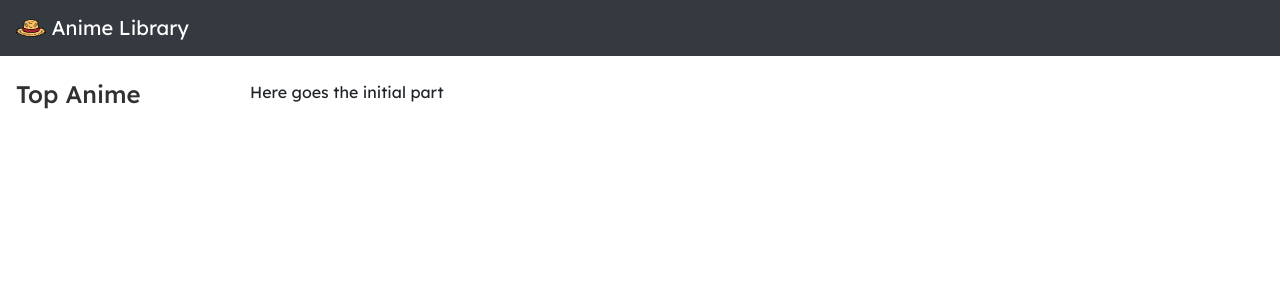
Repository: cuitlazotlac/anime-library
Page: /
The author's editor kept a copy of each file at every save. The page is drawn from the files as they stood at one save, then again after the next save.
The browser window is 1280 px wide. The pictures show the whole page.
The page's requests for data from a server got no answer. The project was rebuilt for these pictures with package versions that can differ from the ones it lists, and the page was loaded fresh each time. No one was signed in, and anything a server would have sent is missing. Also part of the build but not shown: src/components/AnimeCard.js.

Above is the page before, as saved 2021-05-05 00:13:18.

After the next save:
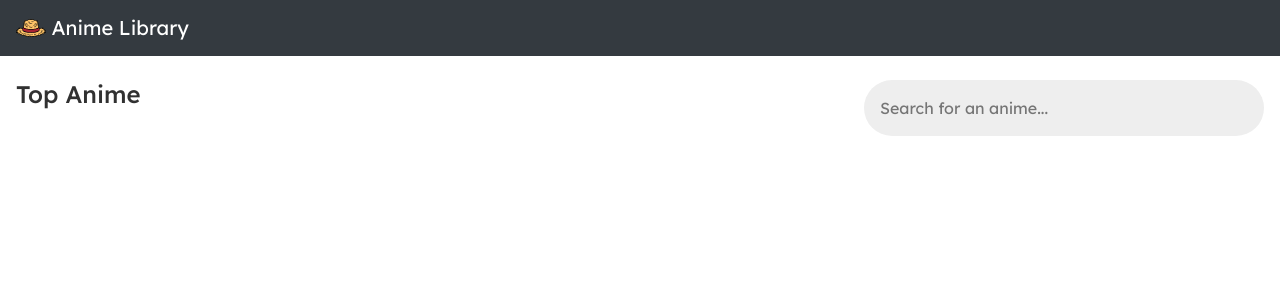
Saved 34 s later.
--- a/src/App.js
+++ b/src/App.js
@@ -40,16 +40,16 @@ function App() {
       <br />
       <div className="content-wrap">
         <Sidebar topAnime={topAnime} />
-        {typeof search.title != "undefined" ? (
+        {/* {typeof search.title != "undefined" ? ( */}
         <MainContent
           HandleSearch={HandleSearch}
           search={search}
           animeList={animeList}
           SetSearch={SetSearch}
         />
-        ): (
+        {/* ): (
           "Here goes the initial part"
-        )}
+        )} */}
       </div>
     </div>
   );
